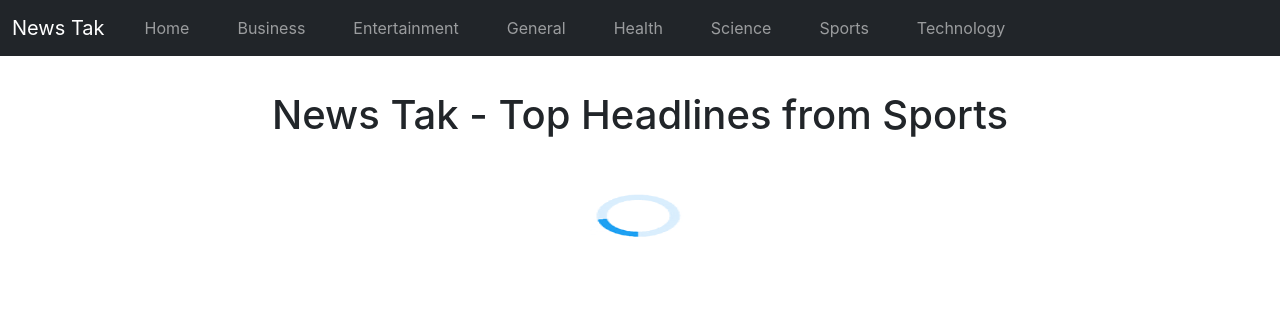
Repository: Rohit-foryou/News-website
Page: /sports
An editor plug-in stored every save of this project. The page is shown before and after the next save, followed by the edit.
The browser window is 1280 px wide. The pictures show the whole page.
The page's requests for data from a server got no answer. The project was rebuilt for these pictures with package versions that can differ from the ones it lists, and the page was loaded fresh each time. No one was signed in, and anything a server would have sent is missing. Also part of the build but not shown: src/Components/NewsItem.js.

Above is the page before, as saved 2024-01-12 10:41:31.

After the next save:
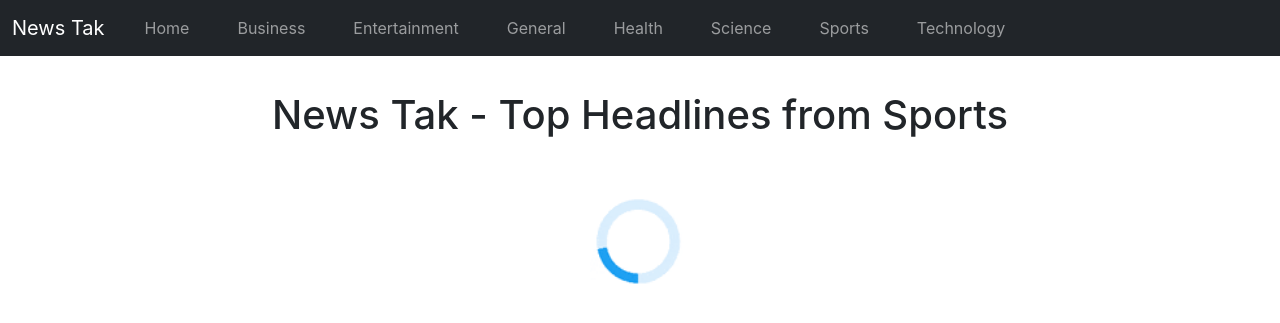
Saved 8 s later.
--- a/src/Components/Spinner.js
+++ b/src/Components/Spinner.js
@@ -5,7 +5,7 @@ import giphy from './giphy.gif'
 const Spinner = () => {
   return (
     <div className='text-center my-3'>
-      <img src={giphy} alt="loading" style={{ width: '100px', height: '50px' }} />
+      <img src={giphy} alt="loading" style={{ width: '100px', height: '100px' }} />
     </div>
   );
 }
